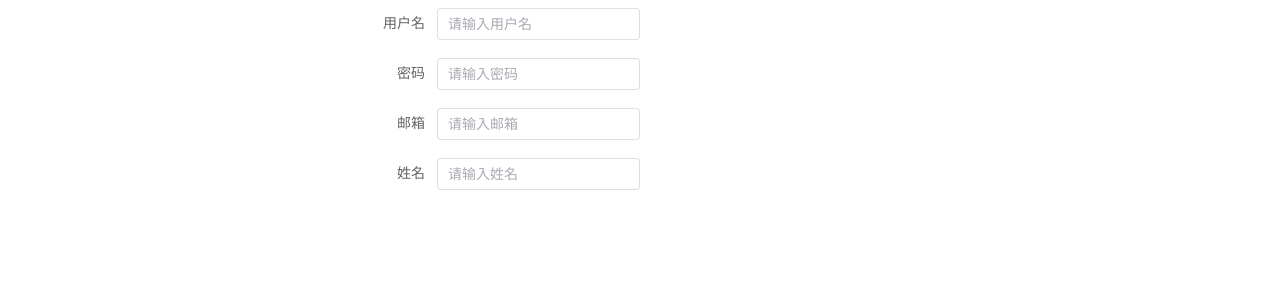
Repository: Mickey1216/yzkj_login_demo
Page: /register
These files come from the project's save history. The page is drawn as it stood at one moment and after the next save; the edit follows.
The browser window is 1280 px wide. The pictures show the whole page.
The project was rebuilt for these pictures with package versions that can differ from the ones it lists, and the page was loaded fresh each time. Also part of the build but not shown: vite.config.js, src/views/Login.vue.

Above is the page before, as saved 2023-07-04 14:38:27.

After the next save:
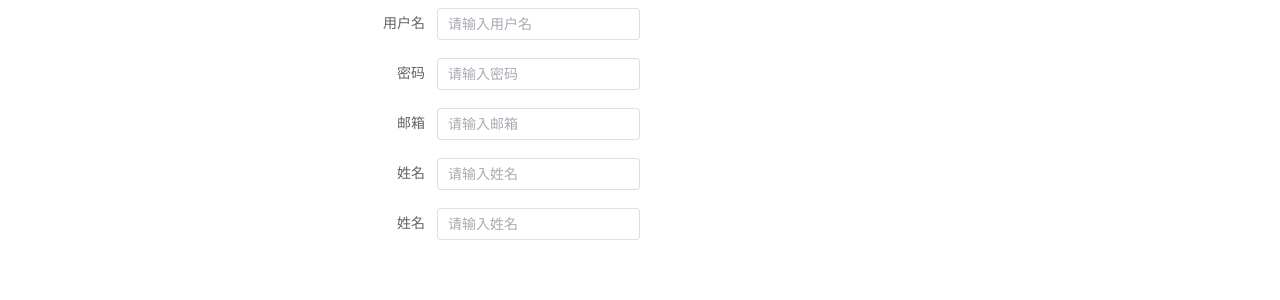
Saved 7 s later.
--- a/src/views/Register.vue
+++ b/src/views/Register.vue
@@ -8,6 +8,9 @@
     </el-form-item>
     <el-form-item label="邮箱">
       <el-input placeholder="请输入邮箱" v-model="form.email"/>
+    </el-form-item>
+    <el-form-item label="姓名">
+      <el-input placeholder="请输入姓名" v-model="form.name"/>
     </el-form-item>
     <el-form-item label="姓名">
       <el-input placeholder="请输入姓名" v-model="form.name"/>
